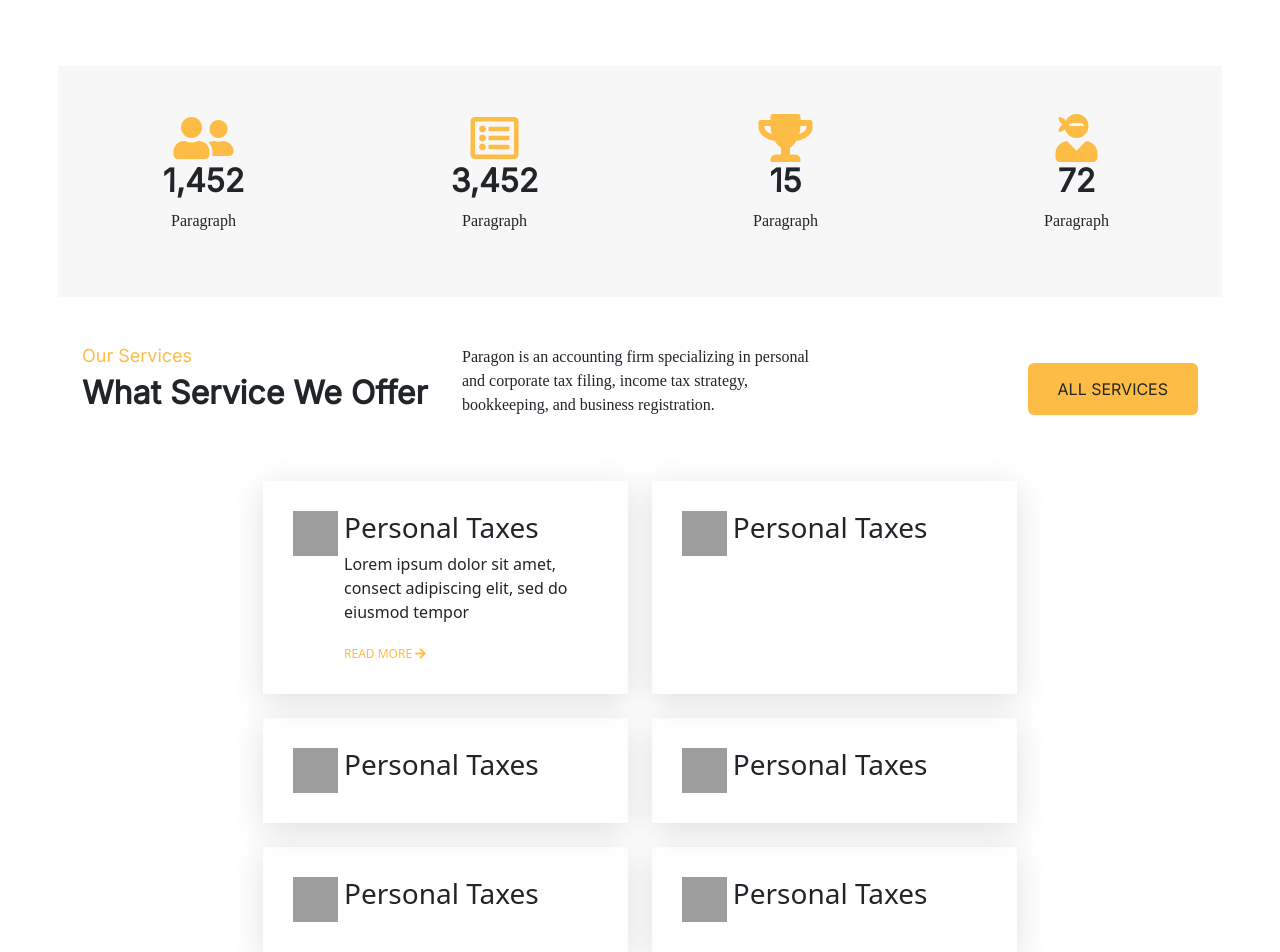
Repository: FailureMaster/paragonaccounting
Page: http://localhost/index.html
These files come from the project's save history. The page is drawn as it stood at one moment and after the next save; the edit follows.
The browser window is 1280 px wide. The pictures show the part of the page from y = 1567 to 2519 px (the page is 2519 px tall).
Pictures or frames that could not be fetched are drawn as grey boxes. Some web fonts or font styles are not loaded; a fallback is used. The page is run by PHP 8.4 with error messages shown; the project is at /var/www/html/.

Above is the page before, as saved 2022-12-21 00:48:00.

After the next save:
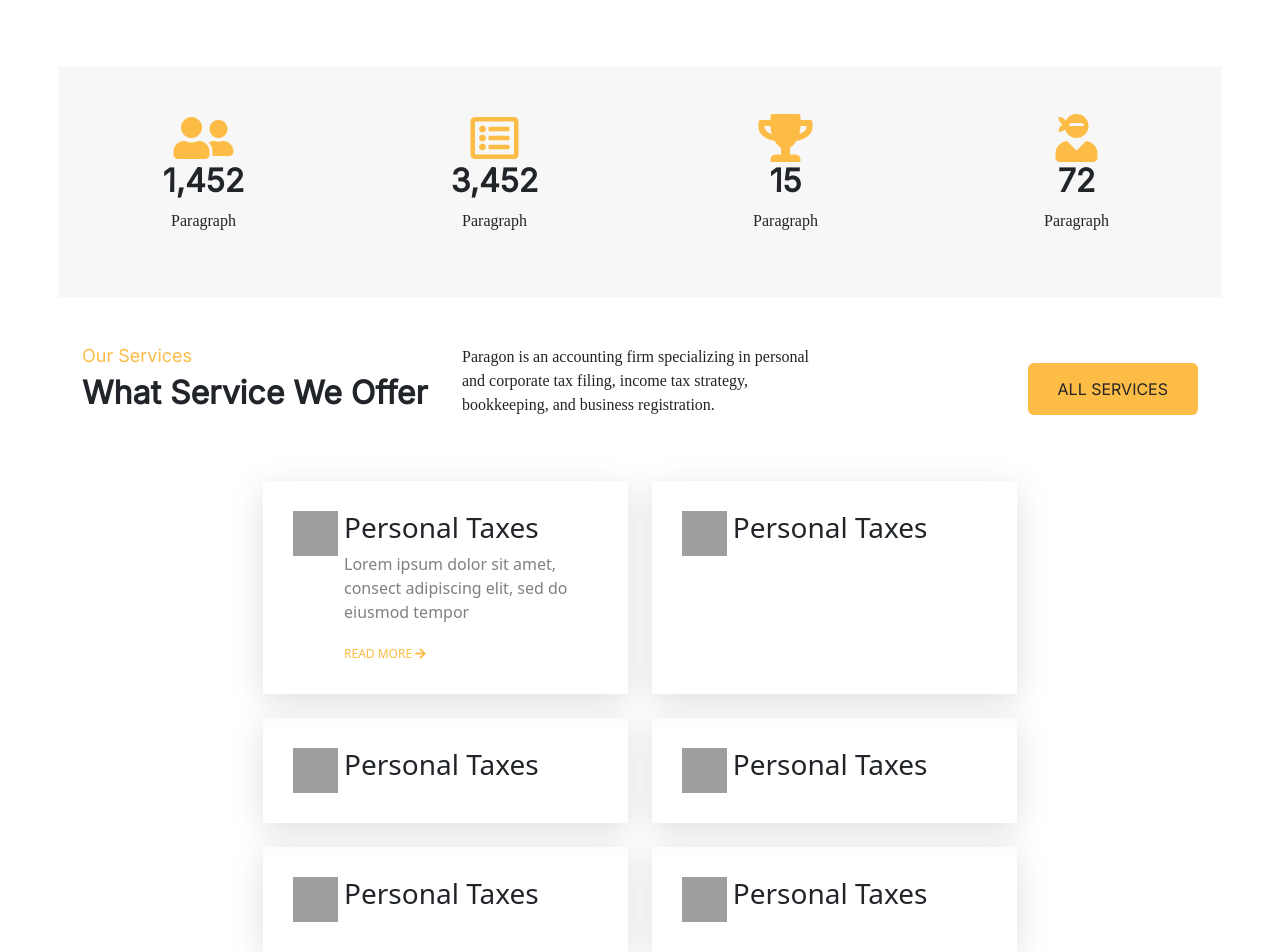
Saved 26 s later.
--- a/assets/css/styles.css
+++ b/assets/css/styles.css
@@ -180,6 +180,10 @@ nav .container {
   width: 45px;
 }
 
+.service-box p {
+  color: gray;
+}
+
 .service-box a {
   text-decoration: none;
   text-transform: uppercase;
